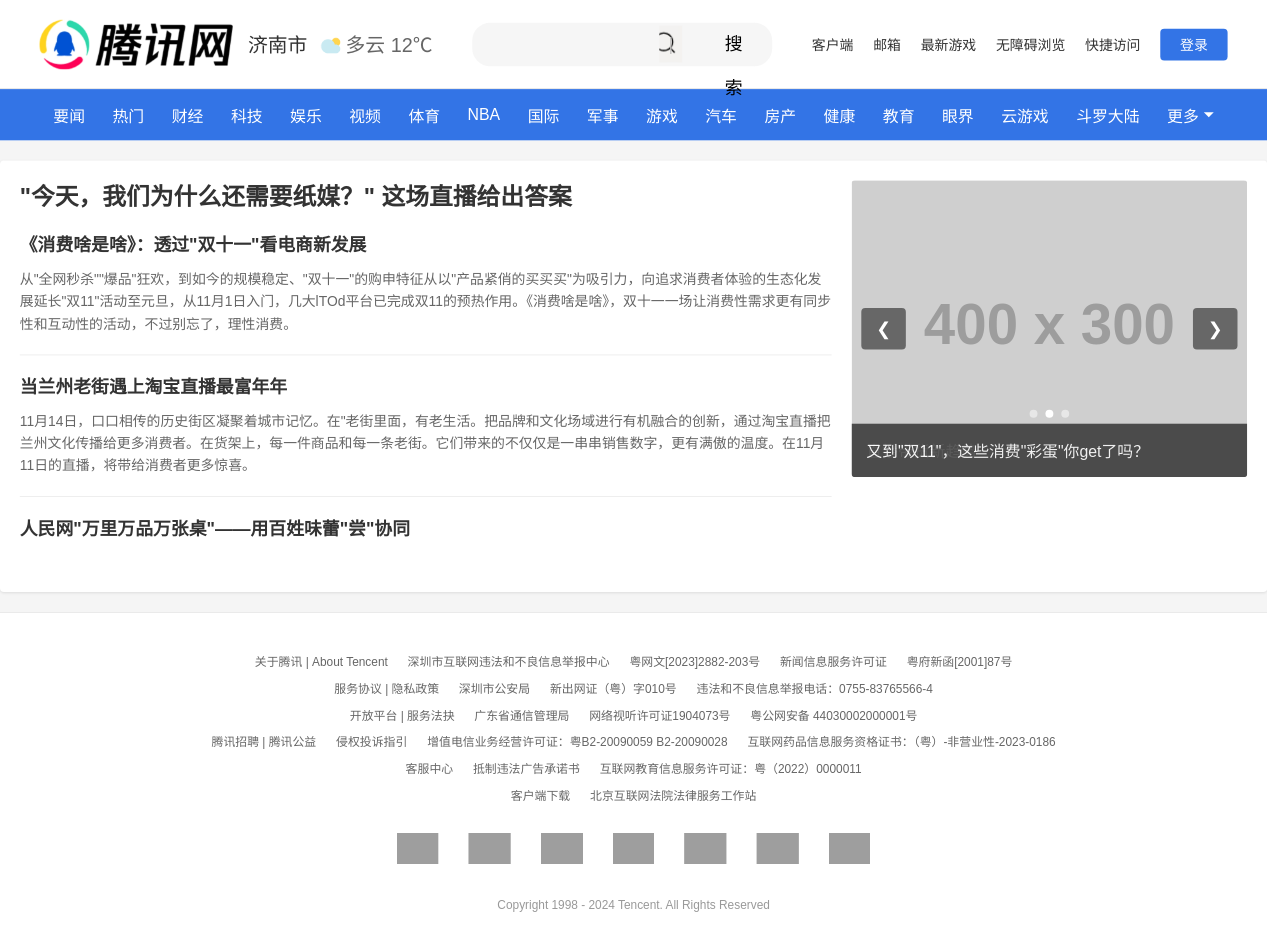
Repository: huang-heavenly-Emperor/xszy_TencentNews
Page: index.html
An editor plug-in stored every save of this project. The page is shown before and after a run of saves, followed by the edit.
The browser window is 1280 px wide. The pictures show the whole page, at 99% of full size.
Pictures or frames that could not be fetched are drawn as grey boxes. The style sheet was rebuilt from its Sass, Less or Tailwind sources for each picture, by a compiler version that may differ from the author's.

Above is the page before, as saved 2024-11-22 18:28:02.

After the next 2 saves:
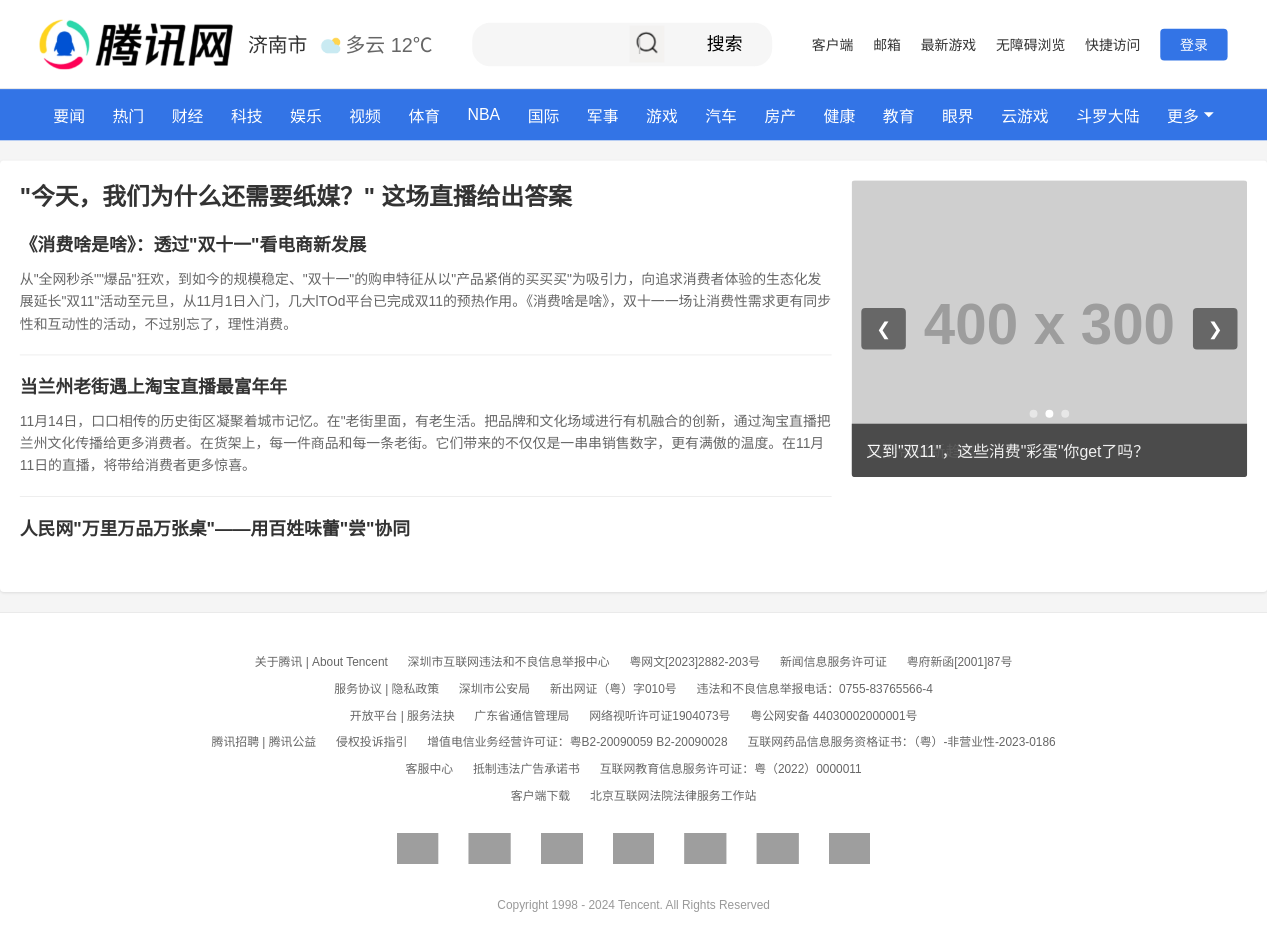
The 2 saves are shown as one change because they came seconds apart.
The last was saved 50 s later.
--- a/assets/css/style.scss
+++ b/assets/css/style.scss
@@ -120,7 +120,7 @@
 
                 &::before {
                     display: block;
-                    width: 100%;
+                    width: 50px;
                     content: "|";
                     background: url('../images/search.png') right center no-repeat;
                     background-size: 35px;
